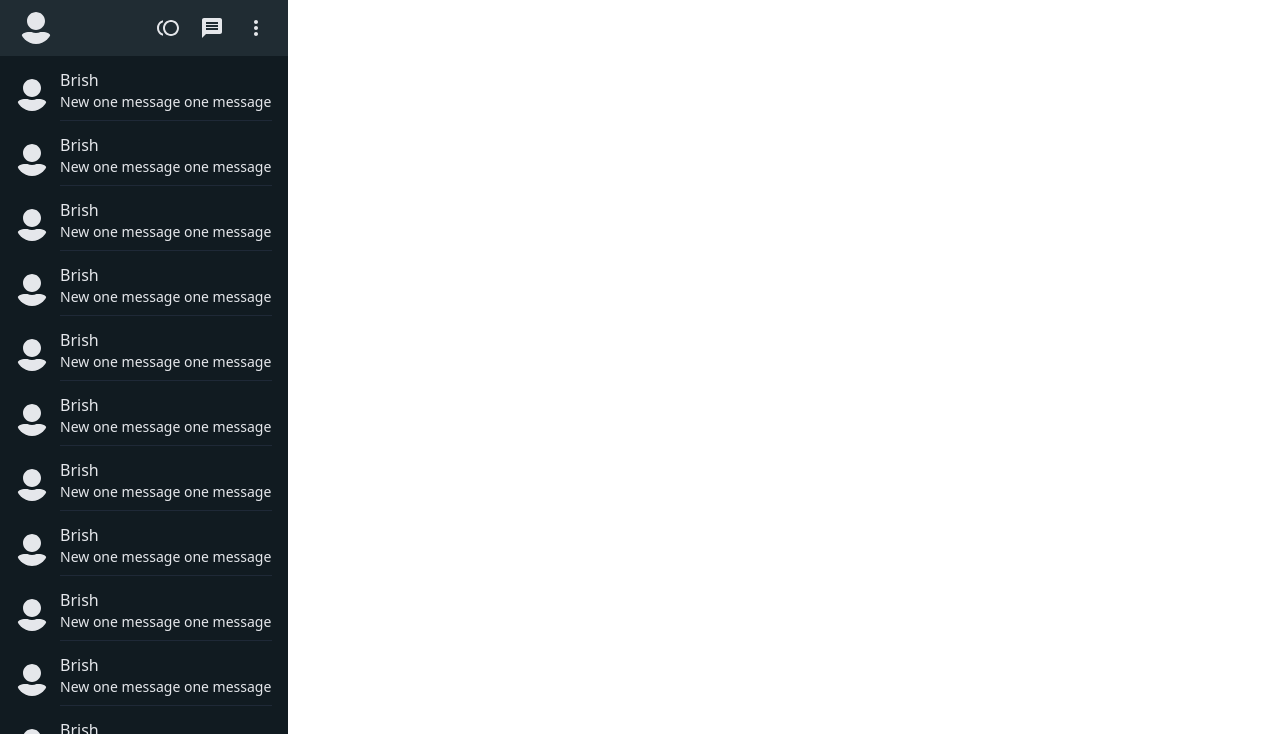
Repository: satya-ranjon/whatsapp-clone-dev
Page: /
An editor plug-in stored every save of this project. The page is shown before and after the next save, followed by the edit.
The browser window is 1280 px wide. The pictures show the whole page.
The project was rebuilt for these pictures with package versions that can differ from the ones it lists, and the page was loaded fresh each time.

Above is the page before, as saved 2022-04-09 06:35:51.

After the next save:
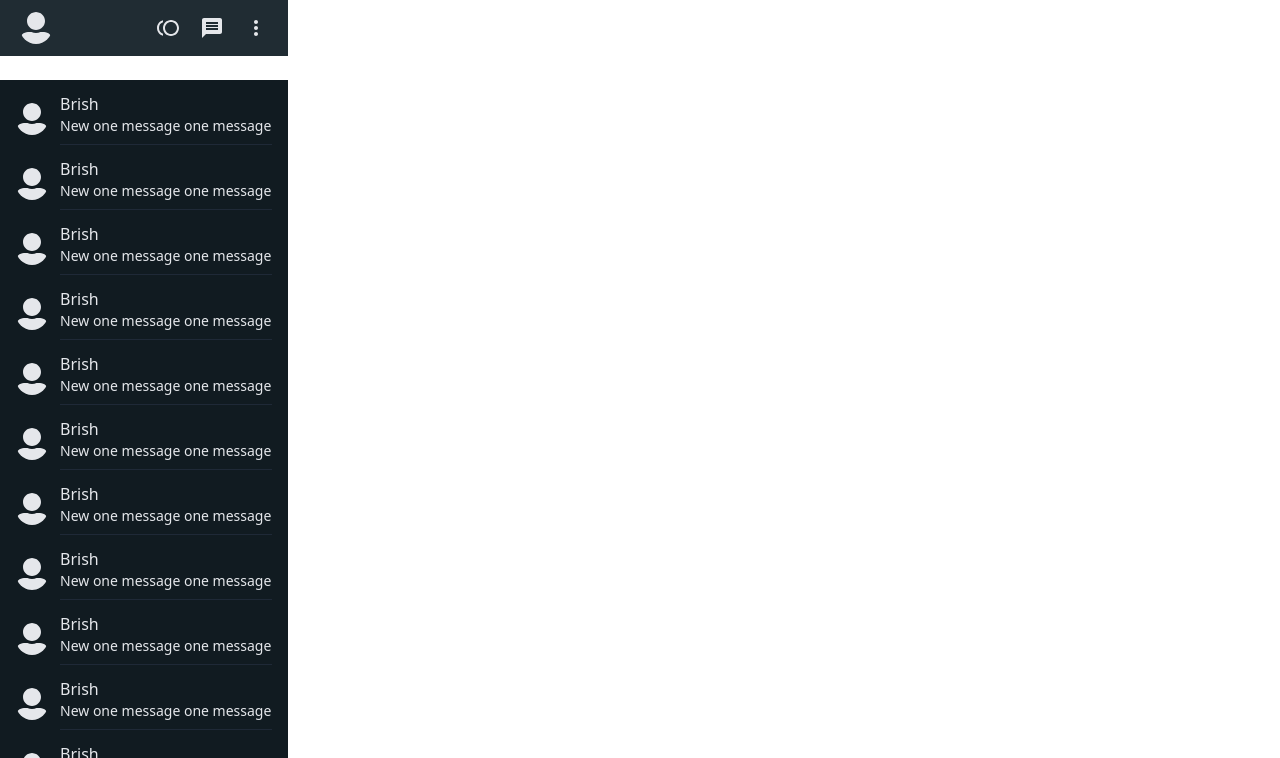
Saved 14 s later.
--- a/src/Components/SideBarUseList.jsx
+++ b/src/Components/SideBarUseList.jsx
@@ -11,6 +11,9 @@ const array = [
 export default function SideBarUseList() {
   return (
     <>
+      <div className="">
+        <input type="text" />
+      </div>
       <div className="bg-[#111b21] overflow-y-scroll scroll-my-1 h-[94.1vh] scrollbar scrollbar-thumb-gray-400 scrollbar-thin text-gray-200 duration-500 transition-all">
         {array.map((i, index) => (
           <div
